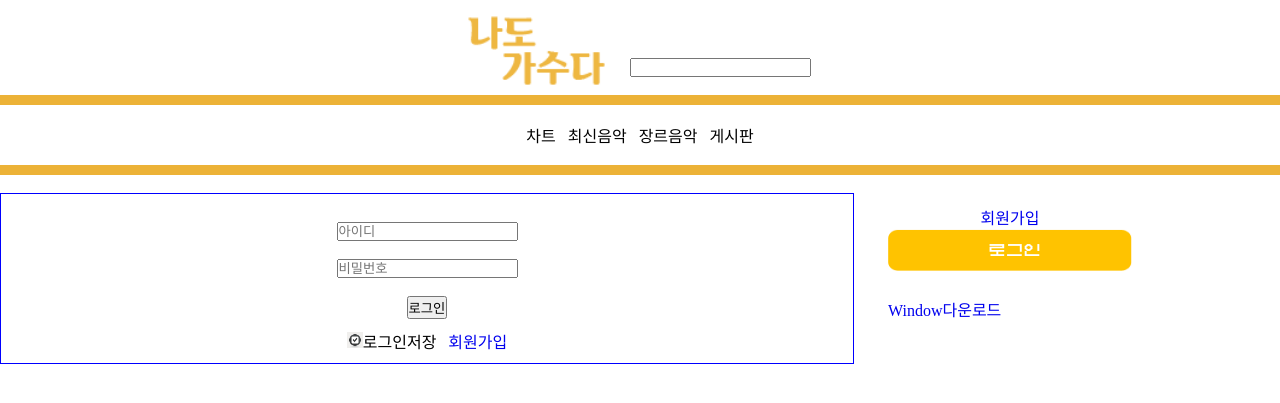
Repository: Ea-Bell/GraduationPortfolio
Page: http://localhost/WebTest/webTest/View/test/test.jsp
These files come from the project's save history. The page is drawn as it stood at one moment and after the next save; the edit follows.
The browser window is 1280 px wide. The pictures show the whole page.
The page is served by Tomcat 9. Nobody is signed in. The application's start-up code is not run. Other server files are loaded and not shown.

Above is the page before, as saved 2020-09-16 10:02:28.

### WEB_Server/WebTest/WebContent/webTest/View/test/test.jsp
<%@ page language="java" contentType="text/html; charset=UTF-8"
	pageEncoding="UTF-8"%>
<%@ taglib uri="http://java.sun.com/jsp/jstl/core" prefix="c"%>
<!DOCTYPE html>
<html>
<head>

<meta charset="UTF-8">
<title>회원가입</title>
<link rel="stylesheet" type="text/css" href="/webTest/Model/login/info.css" />
<link rel="stylesheet" type="text/css"
	href="/webTest/Model/mainForm/mainForm.css" />
<script type="text/javascript" src="/webTest/Model/mainForm/mainForm.js"></script>
</head>
<%-- 기본 기능 스크립트--%>
<script type="text/javascript" src="/webTest/Model/login/info.js"></script>

<%-- 다음 주소 스크립트--%>
<script
	src="https://t1.daumcdn.net/mapjsapi/bundle/postcode/prod/postcode.v2.js"></script>

<body>

<header>
	<div align="center">

		<form action="mainForm.jsp" method="post">
			<!-- 헤더 -->

				<a href="/index" style="background: white;">
					 <img src="/webTest/img/logo.png"
					 style="position: relative; top: 15px; left: 0px; width: 140px; width:140px"></a>
					  <input type="text" onclick=""
					style="position: relative; left: 20px;">
				&nbsp;&nbsp;&nbsp;&nbsp;&nbsp; <br>
				<br>

				<hr id="head_line" size="10px" color="#ECB237">

				<br> <a href="" onmouseover="TextMover()"
					onmouseout="TextMount()" id="nav" style="color: black;">차트</a>
				&nbsp; <a href="/webTest/View/fileUpLoad/fileList.jsp" onmouseover="TextMover2()"
					onmouseout="TextMount2()" id="nav2" style="color: black;">최신음악</a>
				&nbsp; <a href="" onmouseover="TextMover3()"
					onmouseout="TextMount3()" id="nav3" style="color: black;">장르음악</a>
						&nbsp; <a href="/webTest/article/list.jsp"  id="nav3" style="color: black;">게시판</a>
				<br>
				<br>
		</form>



	</div>
</header>
		<hr id="head_line" size="10px" color="#ECB237">
		<br>
	<!-- 콘텐츠 -->

	<div id="content"  style="border:1px solid blue; padding:10px; width: 65%;  float: left;" >

<div align="center">
			<form action="/LoginHandler" method="post">
				<br>

				<div>
					<input type="text" id="id" name="id" placeholder="아이디">
				</div>

				<div>
					<c:if test="${param.id =='idIsEmpty'}">아이디를 입력하시오</c:if>
				</div>
				<br>
				<div>
					<input type="password" id="password" name="password"
						placeholder="비밀번호" />
				</div>

				<div>
					<c:if test="${param.pwd =='pwdIsEmpty'}">비밀번호를 입력하시오.</c:if>
					<c:if test="${param.pwd =='pwdIsNotMatch'}">비밀번호가 다릅니다.</c:if>
				</div>
				<br> <input type="submit" id="subLogin" value="로그인" /> <br />
				<div align="center" style="height: 10px; width: 100%;"></div>
				<span> <img src="../../img/login/check1.jpg" id="checkId" name="checkId" onclick="damaY()">로그인저장
				 &nbsp; <a href="signUp.jsp">회원가입</a>

				</span>
				<p></p>
			</form>
		</div>
	</div>



	<div style="padding:10px; width: 30%; float: right;">
		<aside id="main_aside">

			<table border="0">
				<tr>
					<td><c:if test="${empty authUser }">
							<div align="center"><a href=""></a> <a href="/webTest/login/signUp.jsp">회원가입</a></div>
							<a href="/webTest/login/login.jsp" ><img alt="" src="/webTest/img/login/login.png" style="height: 42px; width: 244px;"></a>
							<br>

						</c:if> <c:if test="${!empty authUser}">
				${authUser.nickname}님, 안녕하세요.<br />
							<a href="/LogoutHandler">[로그아웃하기]</a>
							<a href="changePwdForm.jsp">[암호변경하기]</a>
									&nbsp;&nbsp;&nbsp;&nbsp;&nbsp;&nbsp;&nbsp;&nbsp;&nbsp;&nbsp;<a href="/webTest/list/newMusicForm.jsp">[마이페이지]</a>
						</c:if></td>
				</tr>
			</table>

			<br>
			<table border="0">
				<tr>

					<td>
				<a href="/webTest/나는가수다.msi" download=>Window다운로드</a>
					</td>

				</tr>
			</table>

		</aside>
		</div>



	<!-- 바텀 -->
	<div align="center">



	</div>

</body>
</html>

### WEB_Server/WebTest/WebContent/webTest/Model/login/info.css
@charset "UTF-8";

#iColor
{
	background-color: #f0f0f5;
}
#iSpan
{
	color: red;
	align-content: center;
}

### WEB_Server/WebTest/WebContent/webTest/Model/mainForm/mainForm.css
@charset "UTF-8";
body{
	position: relative;
}

*{ margin:0; padding :0;}

img{border: 0; width:16px ; height: 16 px;}


#content{
	/* 중앙 정렬*/
	width: 960px;

	/* 수평 레이아웃 구성 */
	overflow: hidden;
}
#content > #main_section
{
	width: 650px;
	float: left;			/* 왼쪽에 붙입니다*/
}

#content > #main_aside{
	height:30%;
	width : 25%;
	float: right;           /*오른쪽에 붙입니다.*/
	margin-bottom: 20px;
	padding: 10px;

	color: #ff8000;


}



#content > #main_bside{

	width : 30%;
	height:0%;
	float: left;           /*왼쪽에 붙입니다.*/
	margin-bottom: 20px;
	padding: 10px;


}
#content > #main_cside{
	width :70%;
	height: 0%;
	float: none;           /*가운데에 붙입니다.*/
	margin-bottom: 20px;
	padding: 10px;
	border: 1px solid #e4e4e4;
	color: #ff8000;
	background-color:ff8000;
}

#textcolor{
	border: 1px solid #e4e4e4;
	color: #ff8000;
	background-color:ff8000;
}

#hr
{

}
#nav
{
	 font-family: ""
}
#winFont{
	font-family: "돋음";
	color: #1A1A1A;
}
a {
  text-decoration: none;
}

### WEB_Server/WebTest/WebContent/webTest/Model/mainForm/mainForm.js
/**
 *
 */

//문자나 이미지가 밖으로 나갔을경우
function TextMover() {
	var dama = document.getElementById('nav');
	dama.style.color="Red";
}
function ImgMover() {

}
function TextMover2() {
	var dama = document.getElementById('nav2');
	dama.style.color="Red";
}
function TextMover3() {
	var dama = document.getElementById('nav3');
	dama.style.color="Red";
}
//문자나 이미지가 밖으로 갔을경우
function TextMount() {
	var dama = document.getElementById('nav');
	dama.style.color="Black";
}
function TextMount2() {
	var dama = document.getElementById('nav2');
	dama.style.color="Black";
}
function TextMount3() {
	var dama = document.getElementById('nav3');
	dama.style.color="Black";
}
function ImgMount() {

}

### WEB_Server/WebTest/WebContent/webTest/Model/login/info.js
/**
 *
 */




function email_change(){

/*
if(document.join.email.options[document.join.email.selectedIndex].value == '0'){

 document.join.email2.disabled = true;

 document.join.email2.value = " ";
 dovument.join.email2.text = "";
}
*/



}
	function pwErrorCheck(){
	    var pw = document.join.wUserPW.value;
	    //var confirmPW = document.join.wUserPWConfirm.value;
	    if (pw.length < 6 || pw.length > 16) {
	        window.alert('비밀번호는 6글자 이상, 16글자 이하만 이용 가능합니다.');
	        document.join.pw.value =""
	        document.join.pwCheck.value="";
	        document.join.pw.focus();
	    }
	}


	function isSame(){
		var pw = document.join.pw.value;
	    var confirmPW = document.join.confirmPW.value;
		if(pw !="" && confirmPW!="") {
	        if(pw == confirmPW) {
	        	  document.getElementById('check').innerHTML='비밀번호가 일치합니다.'
	              document.getElementById('check').style.color='blue';
	        }
	        else {
	        	document.getElementById('check').innerHTML='비밀번호가 일치하지 않습니다.';
	            document.getElementById('check').style.color='red';
	        }
	    }
	}




function SetEmailTail(emailValue) {
	  if ( emailValue == "notSelected" ){
		  document.join.email2.readOnly = true;
		  document.join.email2.value = "";
	  }
	  else if ( emailValue == "etc" ) {
		  document.join.email2.readOnly = false;
		  document.join.email2.value = "";
	  } else {
		  document.join.email2.readOnly = true;
		  document.join.email2.value = emailValue;
	  }
}


function Btn(index){

	if(index ==1){
		document.join.method="post"
		document.join.action="../../test/test1.jsp";

	}
	else if(index==2)
		{
		document.join.method="post"
			document.join.action="/WebTest/Servlet";
		}
	else if(index ==3)
		{document.join.method="post"
		document.join.action="../../test/test3.jsp";
		}
	document.join.submit();
}



//본 예제에서는 도로명 주소 표기 방식에 대한 법령에 따라, 내려오는 데이터를 조합하여 올바른 주소를 구성하는 방법을 설명합니다.
function sample4_execDaumPostcode() {
    new daum.Postcode({
        oncomplete: function(data) {
            // 팝업에서 검색결과 항목을 클릭했을때 실행할 코드를 작성하는 부분.

            // 도로명 주소의 노출 규칙에 따라 주소를 표시한다.
            // 내려오는 변수가 값이 없는 경우엔 공백('')값을 가지므로, 이를 참고하여 분기 한다.
            var roadAddr = data.roadAddress; // 도로명 주소 변수
            var extraRoadAddr = ''; // 참고 항목 변수

            // 법정동명이 있을 경우 추가한다. (법정리는 제외)
            // 법정동의 경우 마지막 문자가 "동/로/가"로 끝난다.
            if(data.bname !== '' && /[동|로|가]$/g.test(data.bname)){
                extraRoadAddr += data.bname;
            }
            // 건물명이 있고, 공동주택일 경우 추가한다.
            if(data.buildingName !== '' && data.apartment === 'Y'){
               extraRoadAddr += (extraRoadAddr !== '' ? ', ' + data.buildingName : data.buildingName);
            }
            // 표시할 참고항목이 있을 경우, 괄호까지 추가한 최종 문자열을 만든다.
            if(extraRoadAddr !== ''){
                extraRoadAddr = ' (' + extraRoadAddr + ')';
            }

            // 우편번호와 주소 정보를 해당 필드에 넣는다.
            document.getElementById('sample4_postcode').value = data.zonecode;
            document.getElementById("sample4_roadAddress").value = roadAddr;
            document.getElementById("sample4_jibunAddress").value = data.jibunAddress;

            // 참고항목 문자열이 있을 경우 해당 필드에 넣는다.
            if(roadAddr !== ''){
                document.getElementById("sample4_extraAddress").value = extraRoadAddr;
            } else {
                document.getElementById("sample4_extraAddress").value = '';
            }

            var guideTextBox = document.getElementById("guide");
            // 사용자가 '선택 안함'을 클릭한 경우, 예상 주소라는 표시를 해준다.
            if(data.autoRoadAddress) {
                var expRoadAddr = data.autoRoadAddress + extraRoadAddr;
                guideTextBox.innerHTML = '(예상 도로명 주소 : ' + expRoadAddr + ')';
                guideTextBox.style.display = 'block';

            } else if(data.autoJibunAddress) {
                var expJibunAddr = data.autoJibunAddress;
                guideTextBox.innerHTML = '(예상 지번 주소 : ' + expJibunAddr + ')';
                guideTextBox.style.display = 'block';
            } else {
                guideTextBox.innerHTML = '';
                guideTextBox.style.display = 'none';
            }
        }
    }).open();
}

After the next save:
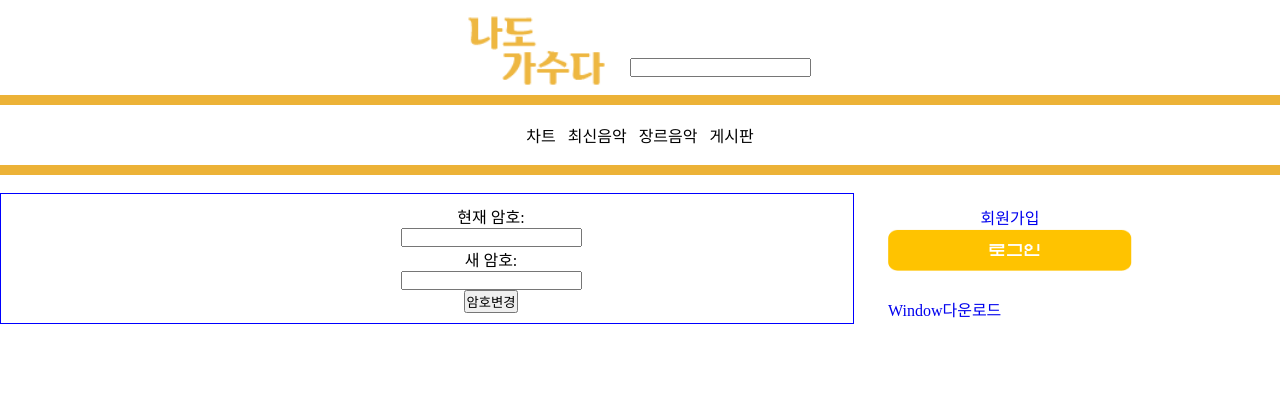
Saved 26 s later.
--- a/WEB_Server/WebTest/WebContent/webTest/View/test/test.jsp
+++ b/WEB_Server/WebTest/WebContent/webTest/View/test/test.jsp
@@ -57,37 +57,34 @@
 	<!-- 콘텐츠 -->
 
 	<div id="content"  style="border:1px solid blue; padding:10px; width: 65%;  float: left;" >
+			<!-- 콘텐츠 -->
+	<div id="content" align="center" style="background-color: #ffffff; ">
+		<section id="main_section">
+			<article class="main_article"></article>
+		</section>
+		<!-- 메인 섹션 건들지 말것. -->
 
-<div align="center">
-			<form action="/LoginHandler" method="post">
-				<br>
+	<form action="/ChangePasswordHandler" method="post">
+		<div>
+			현재 암호: <br />
+			<input type="password" name="curPwd">
+			<c:if test="${param.pwd=='currentPwd' }">현재 암호를 입력하세요 </c:if>
+			<c:if test="${param.pwd=='badCurPwd'}">현재 암호가 일치하지 않습니다</c:if>
+		</div>
+		<div>
+			새 암호:<br />
+			<input type="password" name="newPwd">
+			<c:if test="${param.pwd=='newPwd'}">새 암호를 입력하세요.</c:if>
+		</div>
+		<div>
+			<input type="submit" value="암호변경">
+		</div>
+	</form>
 
-				<div>
-					<input type="text" id="id" name="id" placeholder="아이디">
-				</div>
 
-				<div>
-					<c:if test="${param.id =='idIsEmpty'}">아이디를 입력하시오</c:if>
-				</div>
-				<br>
-				<div>
-					<input type="password" id="password" name="password"
-						placeholder="비밀번호" />
-				</div>
 
-				<div>
-					<c:if test="${param.pwd =='pwdIsEmpty'}">비밀번호를 입력하시오.</c:if>
-					<c:if test="${param.pwd =='pwdIsNotMatch'}">비밀번호가 다릅니다.</c:if>
-				</div>
-				<br> <input type="submit" id="subLogin" value="로그인" /> <br />
-				<div align="center" style="height: 10px; width: 100%;"></div>
-				<span> <img src="../../img/login/check1.jpg" id="checkId" name="checkId" onclick="damaY()">로그인저장
-				 &nbsp; <a href="signUp.jsp">회원가입</a>
+	</div>
 
-				</span>
-				<p></p>
-			</form>
-		</div>
 	</div>
 
 
